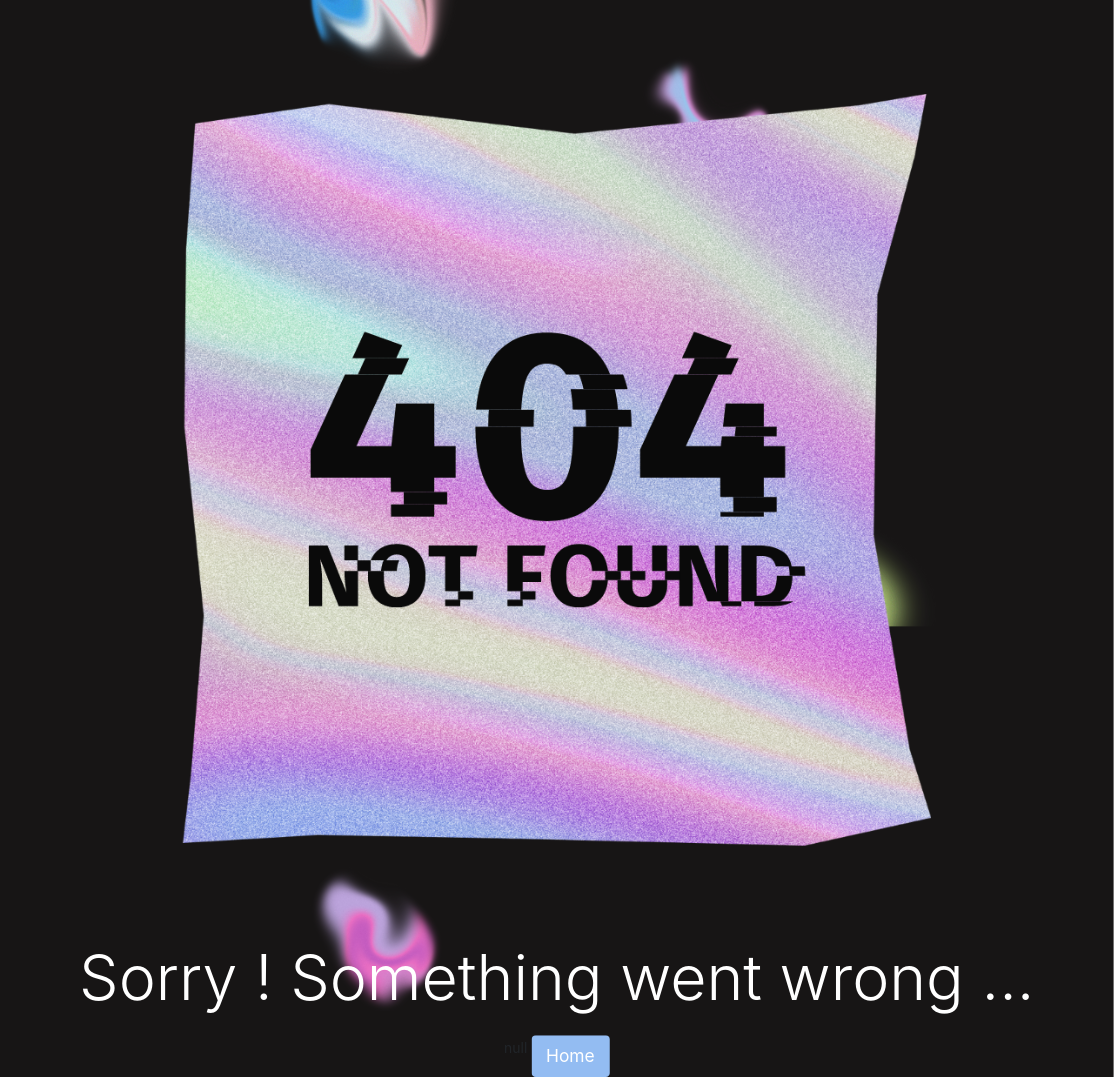
Repository: WafaBenyettou/Blog
Page: http://localhost/Blog/error_page.jsp
The author's editor kept a copy of each file at every save. The page is drawn from the files as they stood at one save, then again after the next save.
The browser window is 1280 px wide. The pictures show the whole page, at 87% of full size.
Backgrounds fixed to the window are drawn as part of the page. The page is served by Tomcat 9. Other server files are loaded and not shown.

Above is the page before, as saved 2023-06-06 16:14:25.

### Blog/src/main/webapp/error_page.jsp
<%@page contentType="text/html" pageEncoding="UTF-8"%>
<%@page isErrorPage="true" %>
<!DOCTYPE html>
<html>
    <head>
        <meta http-equiv="Content-Type" content="text/html; charset=UTF-8">
        <title>Sorry ! something went wrong...</title>

        <!--css-->
        <link rel="stylesheet" href="https://maxcdn.bootstrapcdn.com/bootstrap/4.0.0/css/bootstrap.min.css" integrity="sha384-Gn5384xqQ1aoWXA+058RXPxPg6fy4IWvTNh0E263XmFcJlSAwiGgFAW/dAiS6JXm" crossorigin="anonymous">
        <link href="css/mystyle.css" rel="stylesheet" type="text/css"/>
        <link rel="stylesheet" href="https://cdnjs.cloudflare.com/ajax/libs/font-awesome/4.7.0/css/font-awesome.min.css">
        <style>
          body{
                background:url(img/background.png);
                background-size: cover;
                background-attachment: fixed;
            }
        </style>

    </head>
    <body>
        <div class="container text-center">
            <img src="img/error1.png" class="img-fluid" >
            <h3 class="display-3 text-white">Sorry ! Something went wrong ...</h3>
            <%= exception%>
            <a href="index.jsp" class="btn primary-background btn-lg text-white mt-3">Home </a>
        </div>


    </body>
</html>

### Blog/src/main/webapp/css/mystyle.css
body{

}
.primary-background{
    background:#93bcf2!important;
}

After the next save:
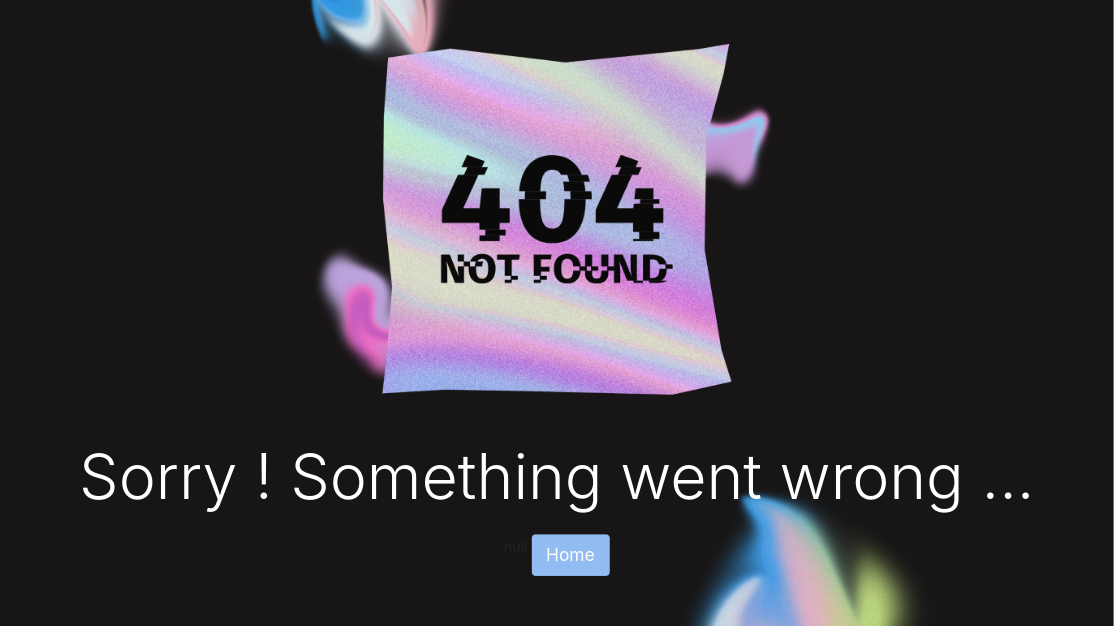
Saved 49 s later.
--- a/Blog/src/main/webapp/error_page.jsp
+++ b/Blog/src/main/webapp/error_page.jsp
@@ -21,7 +21,7 @@
     </head>
     <body>
         <div class="container text-center">
-            <img src="img/error1.png" class="img-fluid" >
+            <img src="img/error1.png" class="img-fluid" style="height: 70vh" >
             <h3 class="display-3 text-white">Sorry ! Something went wrong ...</h3>
             <%= exception%>
             <a href="index.jsp" class="btn primary-background btn-lg text-white mt-3">Home </a>
